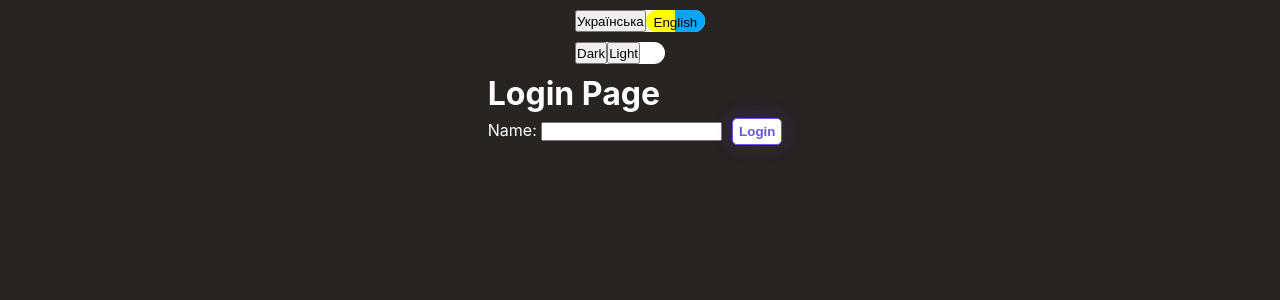
Repository: Novoselets28/star-wars-hooks
Page: /home
The author's editor kept a copy of each file at every save. The page is drawn from the files as they stood at one save, then again after the next save.
The browser window is 1280 px wide. The pictures show the whole page.
The project was rebuilt for these pictures with package versions that can differ from the ones it lists, and the page was loaded fresh each time. Also part of the build but not shown: src/components/HomePage.jsx, src/components/People/CurrentPeople.jsx, src/components/People/PeopleList.jsx, src/components/People/People.jsx, src/components/Planets/CurrentPlanet.jsx, src/components/Planets/PlanetsList.jsx, src/components/Planets/Planets.jsx, src/components/Starships/CurrentStarship.jsx and 4 more.

Above is the page before, as saved 2023-03-27 19:56:24.

After the next save:
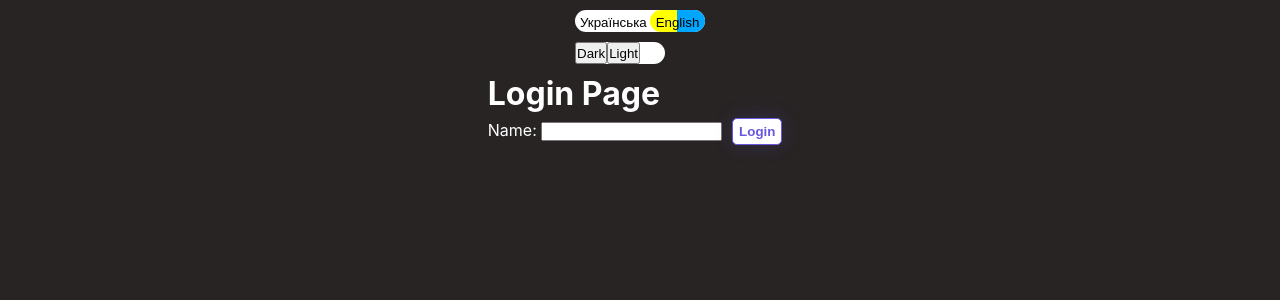
Saved 22 s later.
--- a/src/components/Header.jsx
+++ b/src/components/Header.jsx
@@ -16,8 +16,8 @@ function Header() {
   return (
     <div>
       <div className="button-box-lang">
-        <button className={language==="ukr" ? "active" : ""} onClick={()=>setLanguage("ukr")}>Українська</button>
-        <button className={language==="eng" ? "active" : ""} onClick={()=>setLanguage("eng")}>English</button>
+        <button className={language==="ukr" ? "active" : "not-active"} onClick={()=>setLanguage("ukr")}>Українська</button>
+        <button className={language==="eng" ? "active" : "not-active"} onClick={()=>setLanguage("eng")}>English</button>
       </div>
       <div className="button-box-theme">
         <button className={theme==="light" ? "dark" : ""} onClick={()=>setTheme("dark")}>Dark</button>
